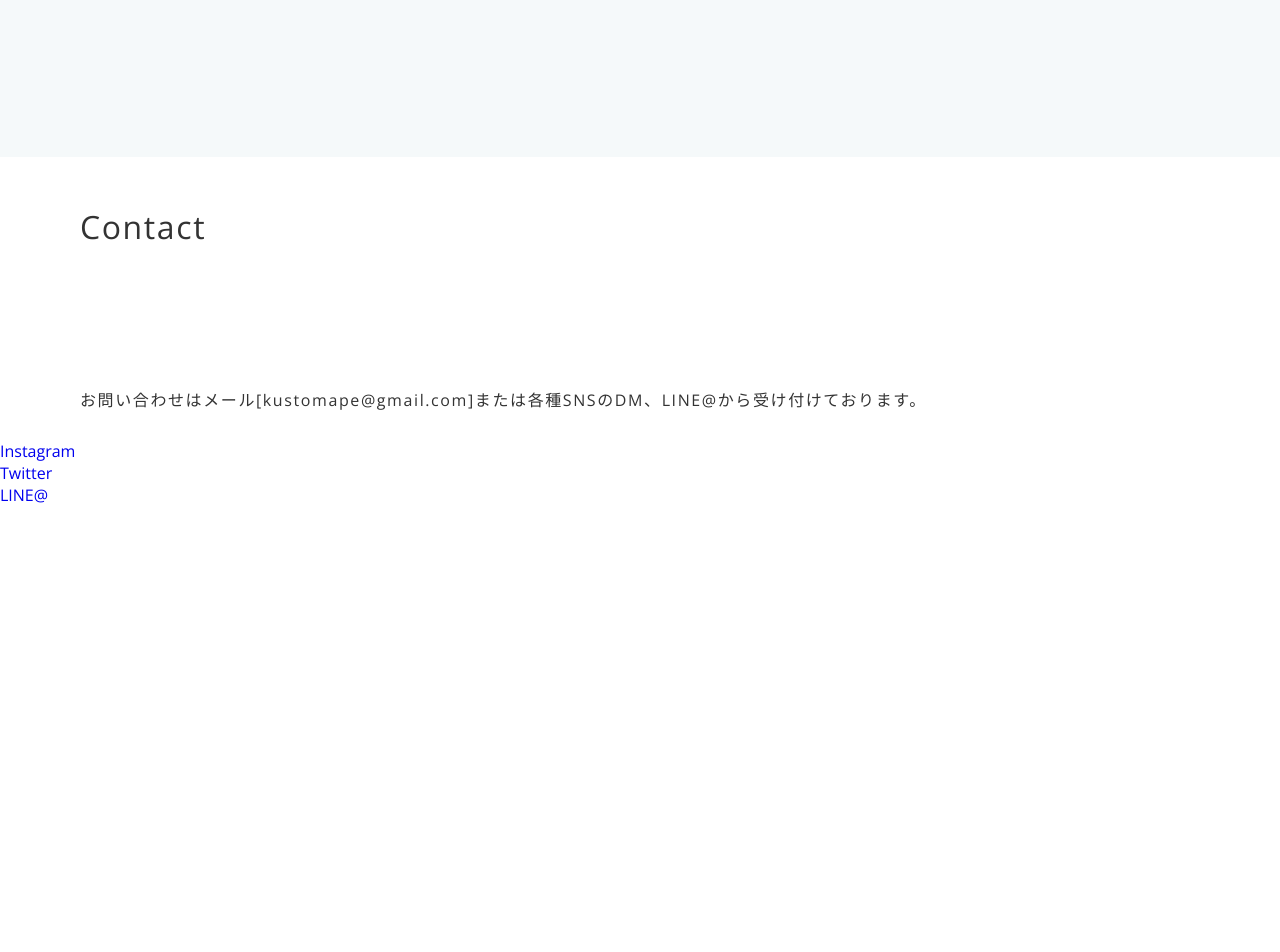
Repository: AirDepot/web
Page: index.html
An editor plug-in stored every save of this project. The page is shown before and after the next save, followed by the edit.
The browser window is 1280 px wide. The pictures show the part of the page from y = 4523 to 5475 px (the page is 5692 px tall).
A picture or video elsewhere on the page could not be fetched, so the positions and the page height are approximate.

Above is the page before, as saved 2020-02-12 01:09:22.

### index.html
<!DOCTYPE html>
<html lang="ja">
    <head>
        <meta charset="UTF-8">
        <link href="https://fonts.googleapis.com/css?family=Open+Sans:100,300,400,600" rel="stylesheet" type="text/css">
        <link href="http://code.ionicframework.com/ionicons/2.0.1/css/ionicons.min.css" rel="stylesheet" type="text/css">
        <link type="text/css" rel="stylesheet" href="./assets/css/common.css">
        <title>KustomApe</title>
        <meta name=”keywords” content="Python, Web, 映像, 教材, 開発">
        <meta name=”description” content=”Pythonを使ったプロダクト開発のKustomApe。車業界、ストリート映像を軸としたプロダクトDevelopmentユニット。Web開発、データクローリング、映像・写真、プログラミングの教材開発を行っています。”>
    </head>
    <body>
        <div id="wrap">
            <div id="home">
                <header id="header">
                    <h1 id="logo"><a href="#home"><img src="./assets/img/main_logo.svg" alt="KustomApe"></a></h1>
                    <nav id="nav">
                        <ul id="navigations">
                            <li><a href="#about">About</a></li>
                            <li><a href="#products">Products</a></li>
                            <li><a href="#works">Works</a></li>
                            <li><a href="#hackers">Developers</a></li>
                            <li><a href="#contact">Contact</a></li>
                        </ul>
                    </nav>
                </header>
                <div id="header_contents">
                    <p id="ape_icon"><img src="./assets/img/ape_icon.svg" alt="Apeのアイコン画像"></p>
                    <h2 id="concept">Verbalize, makes the best Product.</h2>
                </div>
            </div>
            <div id="about">
                <h3 class="section_titles">About</h3>
                <p id="about_kustomape">KustomApe(カスタムエイプ)はWebをはじめとする車業界、ストリート映像を軸としたDevelopmentユニットです。<br />
                好きを言語化して、プロダクトにすることを得意としています。<br />
                また、自分の生き方の選択肢を広げるため、プログラミング・英語・映像を軸とした教材開発も行っています。<br />
                部品輸入・アパレル輸入・アパレルデザインなども個人に特化した形で提供しております。<br />
                詳しくはProductsをご覧ください。</p>
            </div>
            <div id="products">
                <h3 class="section_titles">Products</h3>
                <section id="box_master">
                    <p class="box">Web Development</p>
                    <p class="box">Data Analytics</p>
                    <p class="box">Street Filming/ Still Photography</p>
                    <p class="box">Education</p>
                </section>
            </div>
            <div id="works">
                <h3 class="section_titles">Works</h3>
                <section id="box_master">
                    <p class="box">Coming soon...</p>
                </section>
            </div>
            <div id="developers">
                <h3 class="section_titles">Developers</h3>
                <p id="profile_pic"><img src="./assets/img/eisuke.svg" alt="Eisukeの画像"></p>
                <div id="profile_desc">
                    <p class="about_eisuke">KustomApe Owner</p>
                    <p class="about_eisuke">Product Design Manager</p>
                    <p class="about_eisuke_bold">Eisuke Nakanishi</p>
                    <p class="about_eisuke">Nissan C35 Laurel</p>
                    <p class="about_eisuke">Python / JavaScript / HTML / CSS / Davinci Resolve Studio16</p>
                </div>
            </div>
            <div id="contact">
                <h3 class="section_titles">Contact</h3>
                <p id="kustomape_contact">お問い合わせはメール[kustomape@gmail.com]または各種SNSのDM、LINE@から受け付けております。</p>
                <div class="btn"><a target="_blank" class="btn_item" href="https://instagram.com/kustomape">Instagram</a></div>
                <div class="btn"><a target="_blank" class="btn_item" href="https://twitter.com/kustomape">Twitter</a></div>
                <div class="btn"><a target="_blank" class="btn_item" href="https://lin.ee/jkdIlGU">LINE@</a></div>
            </div>
            <footer id="footer">
                <small>Copyright &copy; 2020 KustomApe All Rights Reserved.</small>
            </footer>
        </div>
    </body>
</html>

### assets/css/common.css
/**********************************************
*** GENERAL
**********************************************/

* {
    margin: 0;
    padding: 0;
    box-sizing: border-box;
}

.clearfix::after {
    content: "";
    display: table;
    clear: both;
}

html {
    overflow: auto;
}

body {
    color: #333;
    font-family: Open Sans, Arial, Helvetica, sans-serif;
    overflow: hidden;
}

ul {
    list-style: none;
}

a {
    text-decoration: none;
}

div#wrap {
    width: 100%;
    margin-top: -3rem;
}

div#home {
    width: 100%;
    height: 1080px;
    background-image: url(../img/wrap_bg.svg);
    background-position: center top;
    background-repeat: no-repeat;
    background-size: cover;
}

header#header {
    width: 100%;
    height: 150px;
    margin-left: 5rem;
}

header#header h1#logo {
    width: 500px;
    margin-top: 3rem;
}

h1#logo img {
    margin-top: 3rem;
    width: 350px;
}

nav#nav {
    margin-top: -4rem;
}

nav#nav ul#navigations {
    display: flex;
    justify-content: center;
    align-items: center;
    list-style: none;
    margin-left: 43rem;
}

nav#nav ul#navigations li {
    padding-right: 3.5rem;
}

nav#nav ul#navigations li a {
    color: #fff;
}

div#header_contents {
    display: inline-flex;
    margin-left: 5rem;
    padding: 15rem 0;
}

div#header_contents h2#concept {
    padding: 4.5rem 1rem;
    letter-spacing: 0.1rem;
    font-weight: 100;
    font-size: 1.5rem;
}

div#header_contents p#ape_icon img {
    width: 200px;
}

h3.section_titles {
    font-size: 2rem;
    font-weight: 500;
    padding-top: 3rem;
    margin-left: 5rem;
    letter-spacing: 0.1rem;
}

div#about {
    width: 100%;
    height: 900px;
}

div#about p#about_kustomape {
    padding-top: 9rem;
    margin-left: 5rem;
    font-size: 1rem;
    letter-spacing: 0.1rem;
    line-height: 5rem;
}

div#products {
    width: 100%;
    height: 900px;
    background: #F5F9FA;
}

section#box_master {
    display: block;
    width: 1200px;
    margin: 0 auto;
    margin-top: 9rem;
}

div#works {
    width: 100%;
    height: 900px;
}

p.box {
    display: inline-block;
    background-image: url(../img/box_bg.svg);
    background-position: center top;
    background-repeat: no-repeat;
    background-size: cover;
    width: 500px;
    height: 250px;
    color: #fff;
    font-weight: 100;
    text-align: center;
    padding: 7rem 0;
    margin: 1rem;
}


div#developers {
    width: 100%;
    height: 900px;
    background: #F5F9FA;
}

p#profile_pic img {
    display: block;
    width: 300px;
    margin: 0 auto;
    margin-top: 9rem;
}

div#profile_desc {
    margin-top: 3rem;
}

p.about_eisuke {
 text-align: center;
 padding-top: 1rem;
 letter-spacing: 0.1rem;
 font-size: 1rem;
}

p.about_eisuke_bold {
 text-align: center;
 padding-top: 1rem;
 letter-spacing: 0.15rem;
 font-size: 1.3rem;
 font-weight: bold;
}

div#contact {
    width: 100%;
    height: 900px;
}

div#contact p#kustomape_contact {
    padding-top: 7rem;
    margin-left: 5rem;
    font-size: 1rem;
    letter-spacing: 0.1rem;
    line-height: 5rem;
}


footer#footer {
    width: 100%;
    height: 7rem;
    background: #285E7F;
}

footer#footer small {
    display: block;
    text-align: center;
    color: #fff;
    padding: 3rem 0;
}

After the next save:
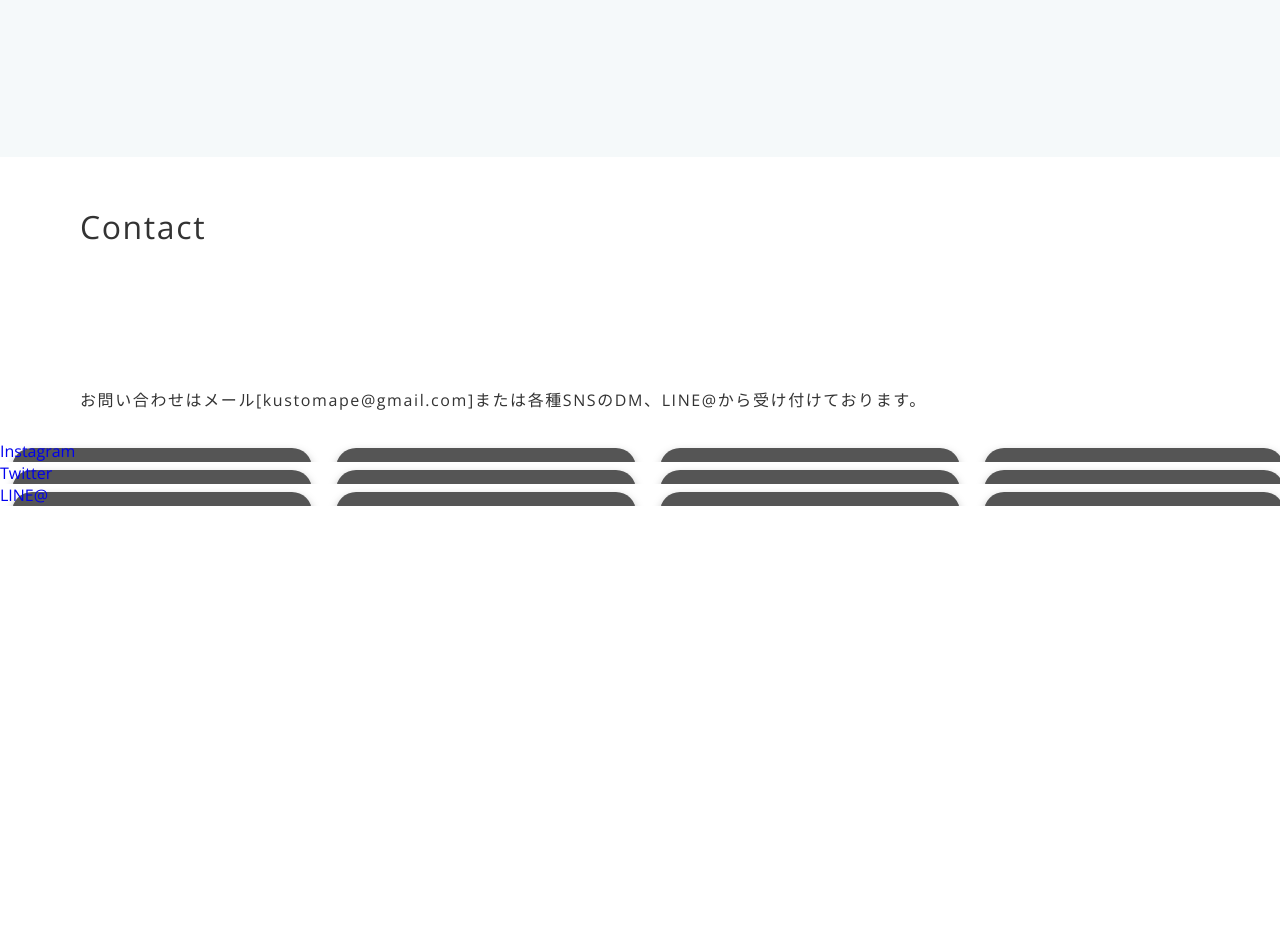
Saved 18 h 14 min later.
--- a/assets/css/common.css
+++ b/assets/css/common.css
@@ -199,6 +199,10 @@ div#contact p#kustomape_contact {
     line-height: 5rem;
 }
 
+div.btn {
+    background: url('../img/contact_bg.svg');
+}
+
 
 footer#footer {
     width: 100%;
